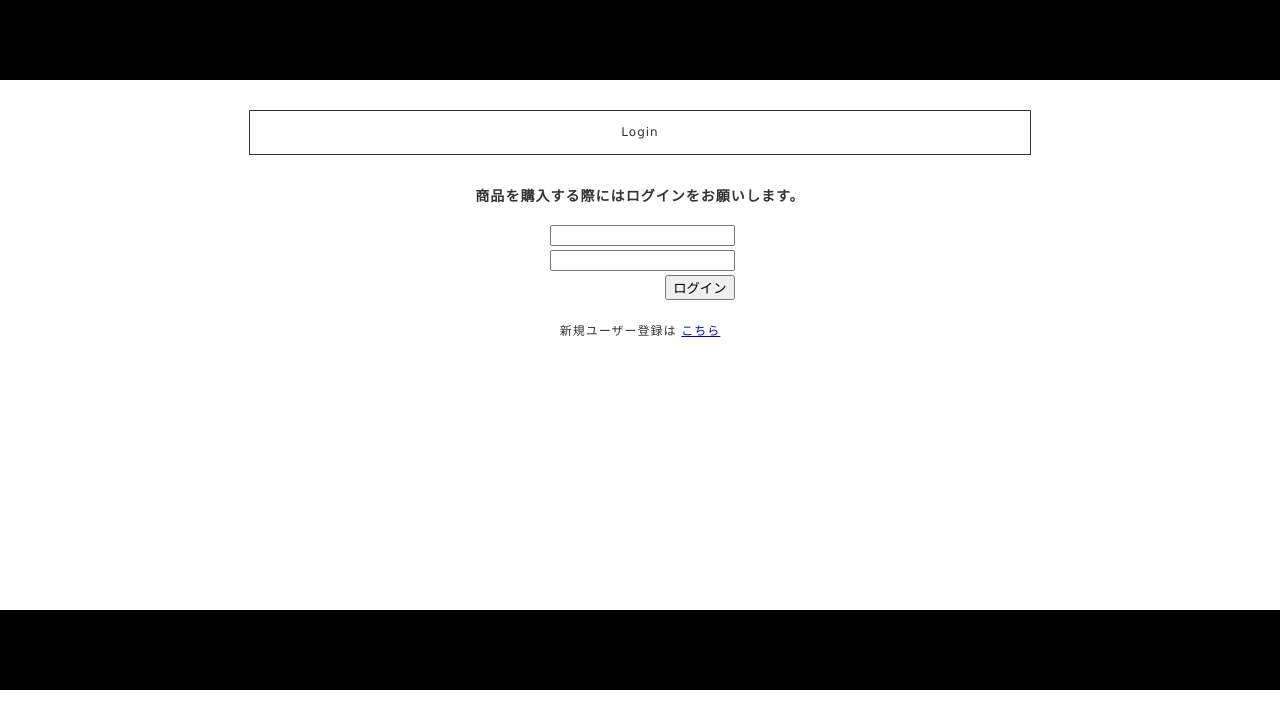
Repository: NoriakiYasumura/test01
Page: http://localhost/template/HomeAction.action
The author's editor kept a copy of each file at every save. The page is drawn from the files as they stood at one save, then again after the next save.
The browser window is 1280 px wide. The pictures show the whole page.
The page is served by Tomcat 9. Other server files are loaded and not shown.

Above is the page before, as saved 2019-04-05 04:14:58.

### template/WebContent/login.jsp
<%@ page language="java" contentType="text/html; charset=UTF-8"
    pageEncoding="UTF-8"%>
<%@ taglib prefix="s" uri="/struts-tags" %>
<!DOCTYPE html>
<html>
	<head>
		<meta http-equiv="Content-Type" content="text/html; charset=UTF-8"/>
		<meta http-equiv="Content-Style-Type" content="text/css"/>
		<meta http-equiv="Content-Script-Type" content="text/javascript"/>
		<meta http-equiv="imagetoolbar" content="no"/>
		<meta name="description" content=""/>
		<meta name="keywords" content=""/>
		<title>Login画面</title>

		<style type="text/css">
			/* TAGLAYOUT */
			body{
				margin:0;
				padding:0;
				line-height:1.6;
				letter-spacing:1px;
				font-family:Verdana,Helvetica,sans-serif;
				font-size:12px;
				color:#333;
				background:#fff;
			}
			table{
				text-align:center;
				margin:0 auto;
			}

			/* IDLAYOUT */
			#top{
				width:780px;
				margin:30px auto;
				border:1px solid #333;
			}

			#header{
				width:100%;
				height:80px;
				background-color:black;
			}

			#main{
				width:100%;
				height:500px;
				text-align:center;
			}

			#footer{
				width:100%;
				height:80px;
				background-color:black;
				clear:both;
			}
		</style>
	</head>
	<body>
		<div id="header">
			<div id="pr"></div>
		</div>

		<div id="main">
			<div id="top">
				<p>Login</p>
			</div>

			<div>
				<h3>商品を購入する際にはログインをお願いします。</h3>
				<s:form action="LoginAction">
					<s:textfield name="loginUserId"/>
					<s:password name="loginPassword"/>
					<s:submit value="ログイン"/>
				</s:form>
				<br/>
				<div>
					<span>新規ユーザー登録は
						<a href='<s:url action="UserCreateAction"/>'>こちら</a>
					</span>
				</div>
			</div>
		</div>

		<div id="footer">
			<div id="pr"></div>
		</div>
	</body>
</html>

After the next save:
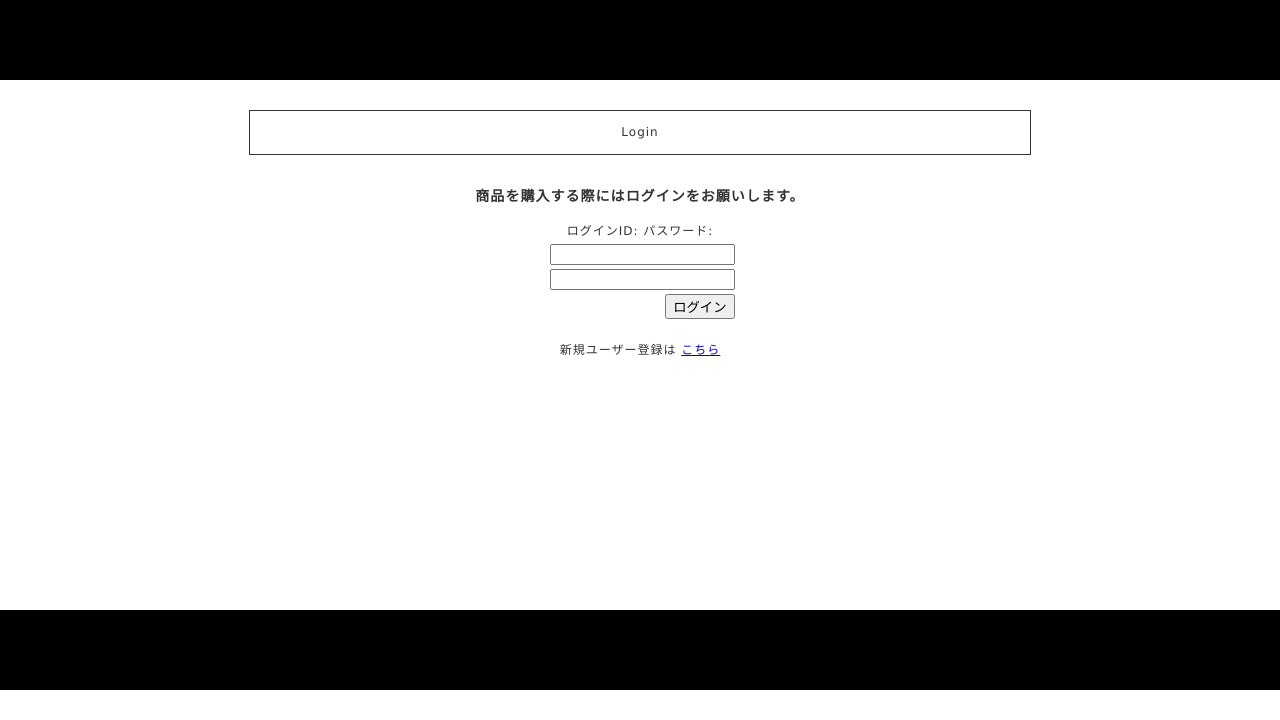
Saved 77 min 59 s later.
--- a/template/WebContent/login.jsp
+++ b/template/WebContent/login.jsp
@@ -69,8 +69,8 @@
 			<div>
 				<h3>商品を購入する際にはログインをお願いします。</h3>
 				<s:form action="LoginAction">
-					<s:textfield name="loginUserId"/>
-					<s:password name="loginPassword"/>
+					ログインID:<s:textfield name="loginUserId"/>
+					パスワード:<s:password name="loginPassword"/>
 					<s:submit value="ログイン"/>
 				</s:form>
 				<br/>
